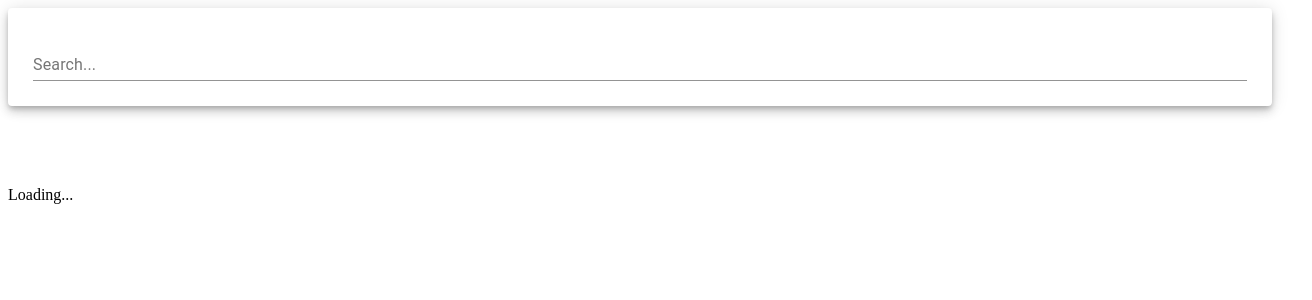
Repository: Vickydew1/YouTube_Clone
Page: /
The author's editor kept a copy of each file at every save. The page is drawn from the files as they stood at one save, then again after the next save.
The browser window is 1280 px wide. The page is 1312 px wide, so the pictures cover 1312 px, including what lies to the right of the window. The pictures show the whole page.
The project was rebuilt for these pictures with package versions that can differ from the ones it lists, and the page was loaded fresh each time.

Above is the page before, as saved 2022-03-03 07:46:21.

After the next save:
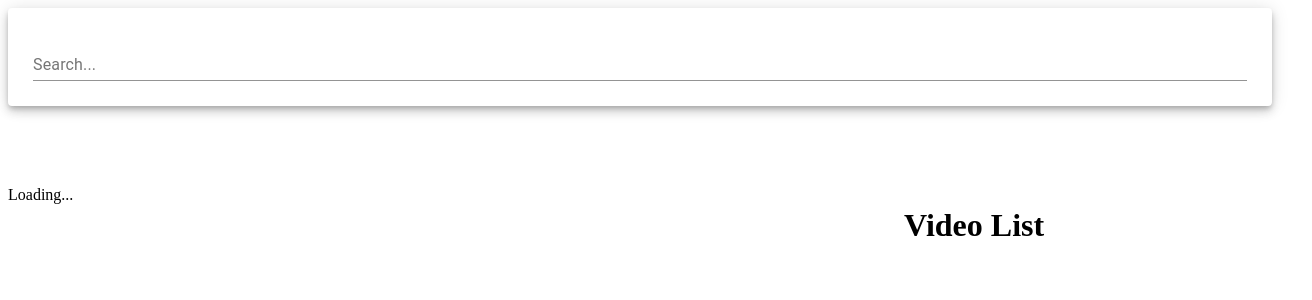
Saved 38 s later.
--- a/src/App.js
+++ b/src/App.js
@@ -38,7 +38,7 @@ class App extends React.Component {
               <VideoDetail video={selectedVideo} />
             </Grid>
             <Grid item xs={4}>
-              {/*  {video List}  */}
+              <VideoList />
             </Grid>
           </Grid>
         </Grid>
